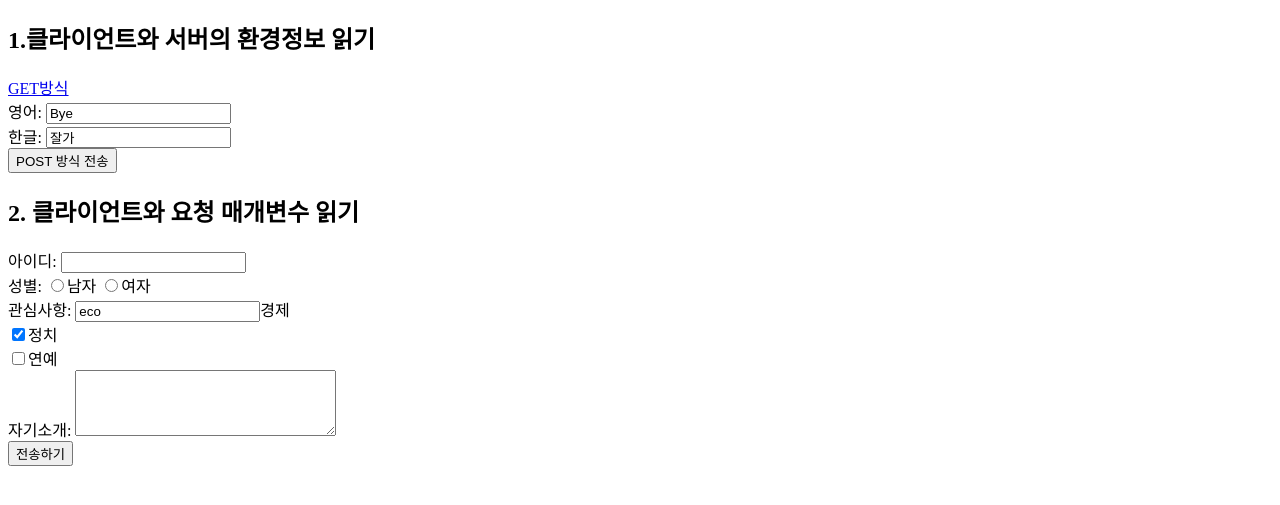
Repository: taein0714/jsp202408
Page: http://localhost/Proj0822/ex0102/requestMain.jsp
These files come from the project's save history. The page is drawn as it stood at one moment and after the next save; the edit follows.
The browser window is 1280 px wide. The pictures show the whole page.
The page is served by Tomcat 9.

Above is the page before, as saved 2024-08-22 05:22:47.

### ex0822/Proj0822/src/main/webapp/ex0102/requestMain.jsp
<%@ page language="java" contentType="text/html; charset=UTF-8"
	pageEncoding="UTF-8"%>
<!DOCTYPE html>
<html>
<head>
<meta charset="UTF-8">
<title>내장객체 request</title>
</head>
<body>
	<h2>1.클라이언트와 서버의 환경정보 읽기</h2>
	<a href="./requestWebInfo.jsp?eng=Hell&han=안녕">GET방식</a>
	<br>
	<form action="./requestWebInfo.jsp" method="post">
		영어: <input type="text" name="eng" value="Bye"><br>

		한글: <input type="text" name="han" value="잘가"><br>
		     <input type="submit" value="POST 방식 전송" />
	</form>

	<h2>2. 클라이언트와 요청 매개변수 읽기</h2>
	<form action="./requestParameter.jsp" method="post">
		아이디: <input type="text" name="id" value=""><br>
		성별: <input type="radio" name="sex" value="man">남자
		<input type="radio" name="sex" value="woman">여자<br>
		관심사항: <input type="text" name="favo" value="eco">경제<br>
		<input type="checkbox" name="favo" value="pol" checked="checked">정치<br>
		<input type="checkbox" name="favo" value="ent">연예<br>
		자기소개: <textarea name="intro" rows="4" cols="30"></textarea><br>
		<input type="submit" value="전송하기">
	</form>
</body>
</html>

After the next save:
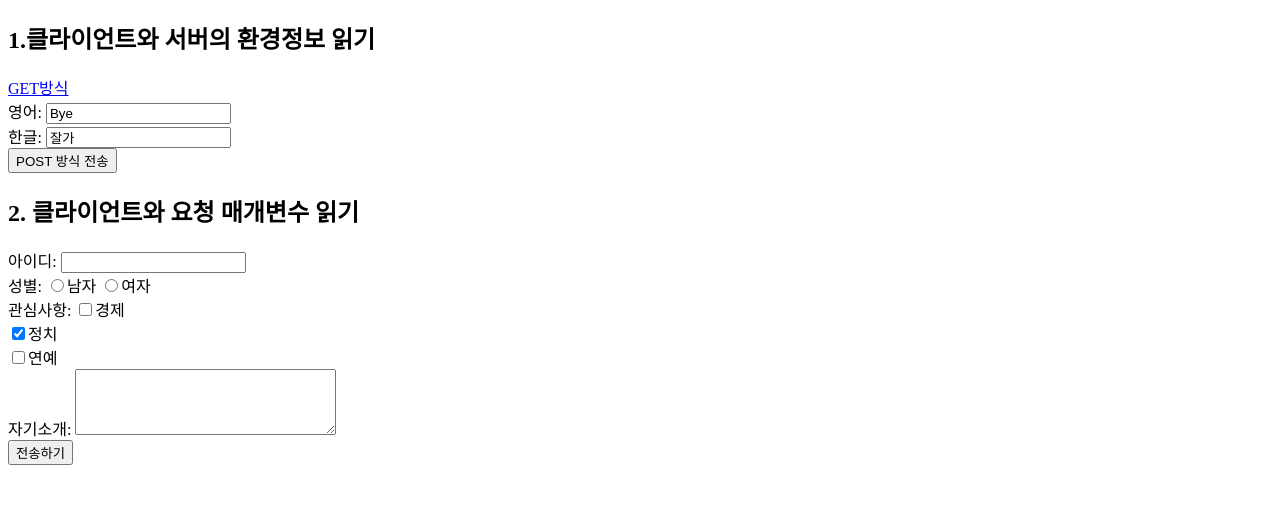
Saved 2 min 16 s later.
--- a/ex0822/Proj0822/src/main/webapp/ex0102/requestMain.jsp
+++ b/ex0822/Proj0822/src/main/webapp/ex0102/requestMain.jsp
@@ -1,32 +1,34 @@
-<%@ page language="java" contentType="text/html; charset=UTF-8"
-	pageEncoding="UTF-8"%>
-<!DOCTYPE html>
-<html>
-<head>
-<meta charset="UTF-8">
-<title>내장객체 request</title>
-</head>
-<body>
-	<h2>1.클라이언트와 서버의 환경정보 읽기</h2>
-	<a href="./requestWebInfo.jsp?eng=Hell&han=안녕">GET방식</a>
-	<br>
-	<form action="./requestWebInfo.jsp" method="post">
-		영어: <input type="text" name="eng" value="Bye"><br>
+<%@ page language="java" contentType="text/html; charset=UTF-8" pageEncoding="UTF-8" %>
+	<!DOCTYPE html>
+	<html>
 
-		한글: <input type="text" name="han" value="잘가"><br>
-		     <input type="submit" value="POST 방식 전송" />
-	</form>
+	<head>
+		<meta charset="UTF-8">
+		<title>내장객체 request</title>
+	</head>
 
-	<h2>2. 클라이언트와 요청 매개변수 읽기</h2>
-	<form action="./requestParameter.jsp" method="post">
-		아이디: <input type="text" name="id" value=""><br>
-		성별: <input type="radio" name="sex" value="man">남자
-		<input type="radio" name="sex" value="woman">여자<br>
-		관심사항: <input type="text" name="favo" value="eco">경제<br>
-		<input type="checkbox" name="favo" value="pol" checked="checked">정치<br>
-		<input type="checkbox" name="favo" value="ent">연예<br>
-		자기소개: <textarea name="intro" rows="4" cols="30"></textarea><br>
-		<input type="submit" value="전송하기">
-	</form>
-</body>
-</html>
+	<body>
+		<h2>1.클라이언트와 서버의 환경정보 읽기</h2>
+		<a href="./requestWebInfo.jsp?eng=Hell&han=안녕">GET방식</a>
+		<br>
+		<form action="./requestWebInfo.jsp" method="post">
+			영어: <input type="text" name="eng" value="Bye"><br>
+
+			한글: <input type="text" name="han" value="잘가"><br>
+			<input type="submit" value="POST 방식 전송" />
+		</form>
+
+		<h2>2. 클라이언트와 요청 매개변수 읽기</h2>
+		<form action="./requestParameter.jsp" method="post">
+			아이디: <input type="text" name="id" value=""><br>
+			성별: <input type="radio" name="sex" value="man">남자
+			<input type="radio" name="sex" value="woman">여자<br>
+			관심사항: <input type="checkbox" name="favo" value="eco">경제<br>
+			<input type="checkbox" name="favo" value="pol" checked="checked">정치<br>
+			<input type="checkbox" name="favo" value="ent">연예<br>
+			자기소개: <textarea name="intro" rows="4" cols="30"></textarea><br>
+			<input type="submit" value="전송하기">
+		</form>
+	</body>
+
+	</html>
